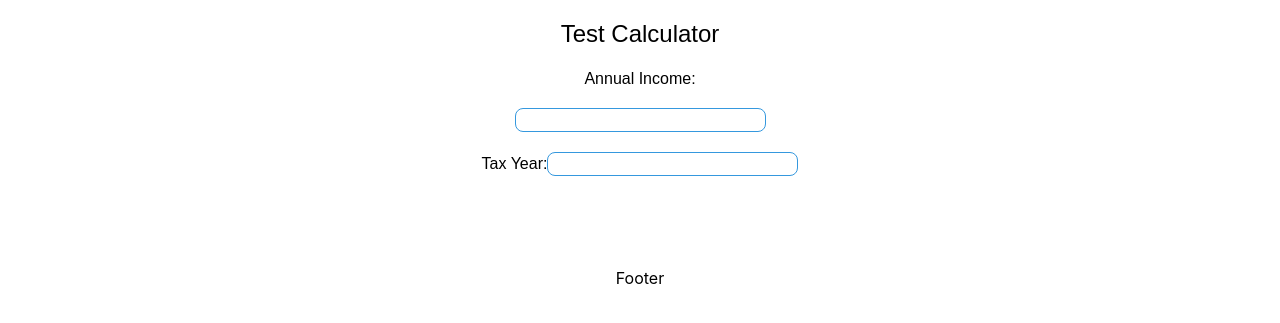
Repository: jbpadilha/taxcalculator
Page: /
These files come from the project's save history. The page is drawn as it stood at one moment and after the next save; the edit follows.
The browser window is 1280 px wide. The pictures show the whole page.
The project was rebuilt for these pictures with package versions that can differ from the ones it lists, and the page was loaded fresh each time.

Above is the page before, as saved 2023-06-16 21:09:33.

After the next save:
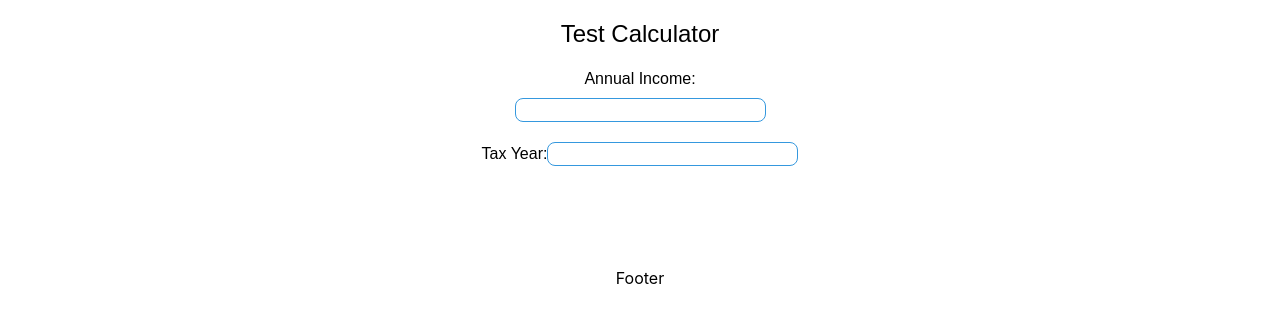
Saved 27 s later.
--- a/src/components/Main.tsx
+++ b/src/components/Main.tsx
@@ -17,6 +17,9 @@ const styles = {
     },
     contentInput: {
         marginTop: 20,
+    },
+    marginInput: {
+        marginTop: 10,
     },
     titleInput: {
         paddingTop: 10,
@@ -52,7 +55,7 @@ const Main = () => {
                     <div>
                         <label htmlFor='income' style={styles.titleInput}>Annual Income:</label>
                     </div>
-                    <div style={styles.contentInput}>
+                    <div style={styles.marginInput}>
                         <input style={styles.input} type="text" id="income" name="income" />
                     </div>
                 </div>
